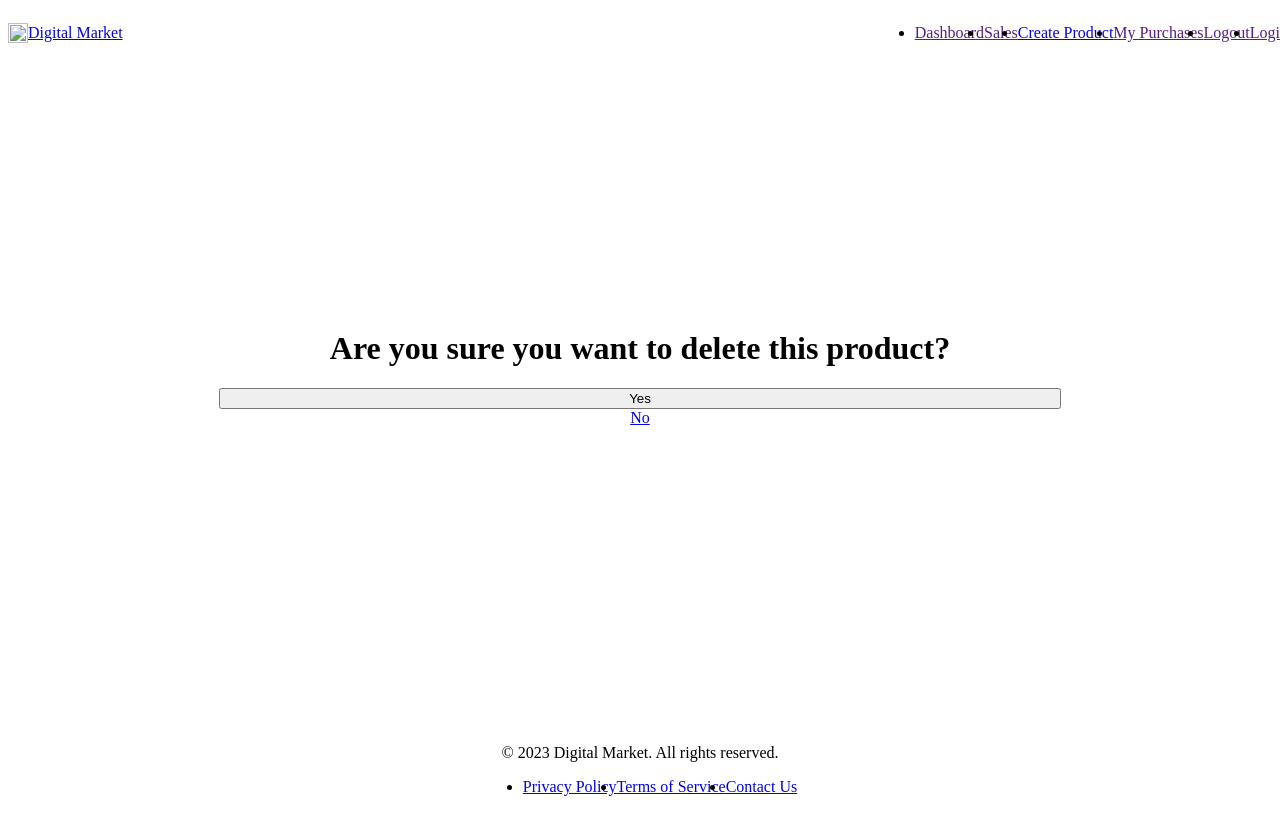
Repository: Zedestar/DigitalMarket_django
Page: http://localhost/delete_product/5/
These files come from the project's save history. The page is drawn as it stood at one moment and after the next save; the edit follows.
The browser window is 1280 px wide. The pictures show the whole page.
The page is served by the project's application, run on Django 5.2 (manage.py). Other server files are loaded and not shown. Style sheets and scripts are compiled from the project's sources, by tool versions that may differ from the author's. The page reads the database file committed with the project.

Above is the page before, as saved 2025-03-28 11:09:54.

### myapp/templates/myapp/delete_product.html
{% extends 'base.html' %}
{% block body %}
    <div class="flex items-center justify-center min-h-screen bg-gray-100">
        <form method="POST"
              class="bg-white p-6 rounded-lg shadow-lg w-full max-w-md">
            {% csrf_token %}
            <h1 class="text-center m-4 font-bold text-lg">Are you sure you want to delete this product?</h1>
            <!-- "Yes" Button -->
            <div class="w-full mb-4 flex items-center justify-center">
                <button type="submit"
                        class="w-2/3 bg-red-500 text-white py-2 rounded hover:bg-red-600 transition">Yes</button>
            </div>
            <!-- "No" Button (Back) -->
            <div class="w-full flex items-center justify-center">
                <a href="{% url 'index_view' %}"
                   class="w-1/3 bg-gray-500 text-white py-2 rounded hover:bg-gray-600 transition text-center">No</a>
            </div>
        </form>
    </div>
{% endblock body %}

### templates/base.html
{% load static %}
<!DOCTYPE html>
<html lang="en">
    <head>
        <meta charset="UTF-8">
        <meta name="viewport" content="width=device-width, initial-scale=1.0">
        <meta name="keywords">
        <meta name="description">
        <title>Document</title>
        <link rel="stylesheet" href="{% static 'tailwind/styles.css' %}">
    </head>
    <body class="bg-gray-200 flex flex-col min-h-screen">
        {% include 'partials/navbar.html' %}
        {% if messages %}
            <div id="successModal"
                 class="fixed inset-0 flex items-center justify-center bg-gray-900 bg-opacity-50">
                <div class="bg-white rounded-lg p-6 w-96 shadow-lg">
                    <h2 class="text-lg font-bold text-green-600">Success</h2>
                    <p class="mt-2 text-gray-600">
                        {% for message in messages %}{{ message }}{% endfor %}
                    </p>
                    <button onclick="closeModal()"
                            class="mt-4 bg-green-500 text-white px-4 py-2 rounded hover:bg-green-600">OK</button>
                </div>
            </div>
            <script>
    document.addEventListener("DOMContentLoaded", function () {
        var successModal = document.getElementById("successModal");
        if (successModal) {
            setTimeout(() => {
                successModal.style.display = "none";
            }, 3000); // Auto-hide after 3 seconds
        }
    });

    function closeModal() {
        document.getElementById("successModal").style.display = "none";
    }
            </script>
        {% endif %}
        <main class="flex-1 mt-10">
            {% block body %}
            {% endblock body %}
        </main>
        {% include 'partials/footer.html' %}
    </body>
</html>

### templates/partials/navbar.html
<nav class="fixed top-0 w-full z-10">
    <div class="flex justify-between shadow-lg py-2 text-sm font-medium">
        <a href="{% url 'index_view' %}"
           class="flex items-center justify-center ml-6">
            <img src="" alt="" height="20px" width="20px">
            <span class="mx-2 text-green-600 text-24">Digital Market</span>
        </a>
        <ul class="mr-6 flex">
            <li class="mx-4">
                <a href="">Dashboard</a>
            </li>
            <li class="mx-4">
                <a href="">Sales</a>
            </li>
            <li class="mx-4">
                <a href="{% url 'create_product' %}">Create Product</a>
            </li>
            <li class="mx-4">
                <a href="">My Purchases</a>
            </li>
            <li class="mx-4">
                <a href="">Logout</a>
            </li>
            <li class="mx-4">
                <a href="">Login</a>
            </li>
        </ul>
    </div>
</nav>

### templates/partials/footer.html
<footer class="bg-gray-200 text-black py-1 shadow-lg bottom-0 w-full">
    <div class="container mx-auto text-center">
        <p>&copy; 2023 Digital Market. All rights reserved.</p>
        <ul class="flex justify-center">
            <li class="mx-4">
                <a href="#" class="hover:underline">Privacy Policy</a>
            </li>
            <li class="mx-4">
                <a href="#" class="hover:underline">Terms of Service</a>
            </li>
            <li class="mx-4">
                <a href="#" class="hover:underline">Contact Us</a>
            </li>
        </ul>
    </div>
</footer>

### myapp/models.py
from django.db import models
from django.conf import settings

# Create your models here.


class Category(models.Model):
    name = models.CharField(max_length=100, null=False, blank=False)
    description = models.TextField(null=True, blank=True)

    def __str__(self):
        return self.name



class Product(models.Model):
    name = models.CharField(max_length=100, null=False, blank=False)
    description = models.TextField()
    price = models.FloatField(null=False, blank=False)
    category = models.ForeignKey(Category, blank=False, null=True, on_delete=models.SET_NULL)
    photo = models.ImageField(upload_to='product-photos')
    created_at = models.DateTimeField(auto_now_add=True)
    updated_at = models.DateTimeField(auto_now=True)

    def __str__(self):
        return self.name


class Order(models.Model):
    user = models.ForeignKey(settings.AUTH_USER_MODEL, related_name="orders", on_delete=models.PROTECT)
    created_at = models.DateTimeField(auto_now_add=True)
    updated_at = models.DateTimeField(auto_now=True)
    total_amount = models.FloatField(default=0)
    status = models.CharField(max_length=100, choices=[
        ('Pending', 'Pending'),
        ('Completed', 'Completed'),
        ('Cancelled', 'Cancelled'),
        ], default='Pending')

    def __str__(self):
        return f"{ self.user.username} - {self.total_amount}"



class OrderItem(models.Model):
    order = models.ForeignKey(Order, related_name="items", on_delete=models.CASCADE)
    product = models.ForeignKey(Product, on_delete=models.PROTECT)
    quantity = models.IntegerField(default=1)
    color = models.CharField(max_length=100, choices=[
        ('Red', 'Red'),
        ('Blue', 'Blue'),
        ('Green', 'Green'),
        ('Brown', 'Brown'),

    ],  default='Red')



    def __str__(self):
        return f"Delivery {self.order.user} - {self.status}"

### myapp/views.py
from django.shortcuts import render, redirect
from django.contrib import messages
from .models import Product
from .forms import ProductForm

# Create your views here.


def index(request):
    products = Product.objects.all()
    context = {
        'products' : products
    }
    return render(request, 'myapp/index.html', context=context)


def product_details(request, pk):
    product = Product.objects.get(pk=pk)
    context = {
        'product' : product
    }
    return render(request, 'myapp/product_details.html', context=context)


def create_product(request):
    if request.method == "POST":
        form = ProductForm(request.POST, request.FILES)
        if form.is_valid():
            form.save()
            messages.success(request, "Product created successfully")
            return redirect("index_view")
    else:
        form = ProductForm()
    context = {
        "form" : form,
    }
    return render(request, 'myapp/create_product.html', context=context)


def edit_product(request, pk):
    product_to_edit = Product.objects.get(pk=pk)
    if request.method == "POST":
        form = ProductForm(request.POST, request.FILES, instance=product_to_edit)
        if form.is_valid():
            form.save()
            messages.success(request, "Product updated successfully")
            return redirect("index_view")
        else:
            messages.error(request, f"{form.errors}")
    else:
        form = ProductForm(instance=product_to_edit)
    context = {
        "form":form
    }
    return render(request, 'myapp/edit_product.html', context=context)


def delete_product(request, pk):
    product_to_delete = Product.objects.get(pk=pk)
    if request.method == "POST":
        messages.success(request, f"{product_to_delete.name} deleted successfully")
        product_to_delete.delete()
        return redirect("index_view")
    return render(request, 'myapp/delete_product.html', context={})

### DigitalMarket/urls.py
"""
URL configuration for DigitalMarket project.

The `urlpatterns` list routes URLs to views. For more information please see:
    https://docs.djangoproject.com/en/5.1/topics/http/urls/
Examples:
Function views
    1. Add an import:  from my_app import views
    2. Add a URL to urlpatterns:  path('', views.home, name='home')
Class-based views
    1. Add an import:  from other_app.views import Home
    2. Add a URL to urlpatterns:  path('', Home.as_view(), name='home')
Including another URLconf
    1. Import the include() function: from django.urls import include, path
    2. Add a URL to urlpatterns:  path('blog/', include('blog.urls'))
"""
from django.contrib import admin
from django.urls import path, include
from django.conf import settings
from django.conf.urls.static import static

urlpatterns = [
    path('admin/', admin.site.urls),
    path('', include('myapp.urls')),
]

urlpatterns += static(settings.MEDIA_URL, document_root=settings.MEDIA_ROOT)

### myapp/urls.py
from .  import views
from django.urls import path

urlpatterns = [
    path('', views.index, name='index_view'),
    path('product_details/<str:pk>/', views.product_details, name='product_details'),
    path('create_product', views.create_product, name='create_product'),
    path('edit_product/<str:pk>/', views.edit_product, name='edit_product'),
    path('delete_product/<str:pk>/', views.delete_product, name='delete_product'),
]

### db.sqlite3 (the tables this page reads, as SQL)
CREATE TABLE "myapp_product" ("id" integer NOT NULL PRIMARY KEY AUTOINCREMENT, "name" varchar(100) NOT NULL, "description" text NOT NULL, "price" real NOT NULL, "created_at" datetime NOT NULL, "updated_at" datetime NOT NULL, "photo" varchar(100) NOT NULL, "category_id" bigint NULL REFERENCES "myapp_category" ("id") DEFERRABLE INITIALLY DEFERRED);
INSERT INTO "myapp_product" VALUES
(5, 'watch', 'This is german watch', 90.0, '2025-03-19 15:09:57.364696', '2025-03-19 15:09:57.364696', 'product-photos/wallpaper_T6tvKyB.jpg', NULL),
(6, 'bicycle', 'THis is electric bucycle', 80.0, '2025-03-19 15:11:28.591059', '2025-03-19 15:11:28.591059', 'product-photos/wallpaper_3pVK7fH.jpg', NULL),
(7, 'Guitar', 'This is electric guiatar made with steal', 400.0, '2025-03-19 15:36:16.491002', '2025-03-19 15:36:16.496000', 'product-photos/zedddy.jpg', NULL),
(8, 'books', 'Made in China', 2.0, '2025-03-19 17:16:41.118921', '2025-03-19 17:16:41.118921', 'product-photos/tempFileForShare_20250207-083344.jpg', NULL),
(9, 'Silver Crest', 'Heavy duty', 30.0, '2025-03-19 17:18:02.422139', '2025-03-19 17:18:02.422139', 'product-photos/african_men.jpg', NULL),
(11, 'Car', 'Best self car', 20000.0, '2025-03-28 05:17:11.976292', '2025-03-28 05:17:11.976292', 'product-photos/Carrr.png', 1),
(12, 'Rolex watch', 'Water proof watch', 100.0, '2025-03-28 05:26:45.633340', '2025-03-28 05:26:45.633340', 'product-photos/watch.jpg', 2),
(13, 'Watch', 'This is the form resulted after edited', 11.0, '2025-03-28 05:38:41.486585', '2025-03-28 07:27:57.234266', 'product-photos/watch_FlOU8Bs.jpg', 2);

Loaded but not shown: static/tailwind/tailwindClasses.css (common file)

After the next save:
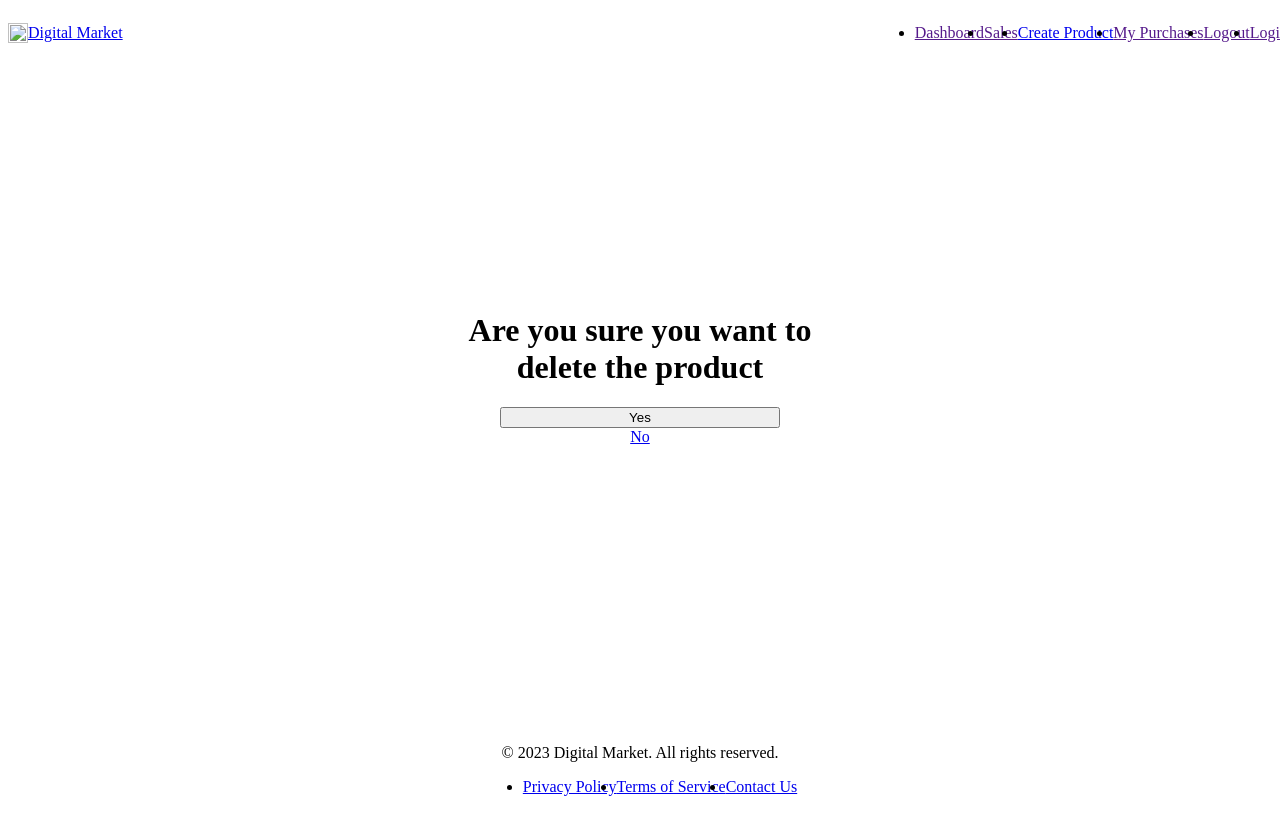
Saved 67 s later.
--- a/myapp/templates/myapp/delete_product.html
+++ b/myapp/templates/myapp/delete_product.html
@@ -1,19 +1,17 @@
 {% extends 'base.html' %}
 {% block body %}
-    <div class="flex items-center justify-center min-h-screen bg-gray-100">
+    <div class="shadow-lg flex items-center justify-center min-h-screen w-full">
         <form method="POST"
-              class="bg-white p-6 rounded-lg shadow-lg w-full max-w-md">
+              class="w-1/3 my-16 mx-auto bg-white p-6 rounded-lg shadow-lg">
             {% csrf_token %}
-            <h1 class="text-center m-4 font-bold text-lg">Are you sure you want to delete this product?</h1>
-            <!-- "Yes" Button -->
+            <h1 class="text-center m-4 font-bold text-lg">Are you sure you want to delete the product</h1>
             <div class="w-full mb-4 flex items-center justify-center">
                 <button type="submit"
-                        class="w-2/3 bg-red-500 text-white py-2 rounded hover:bg-red-600 transition">Yes</button>
+                        class="w-2/3 bg-green-200 text-white py-2 rounded hover:bg-green-600 transition">Yes</button>
             </div>
-            <!-- "No" Button (Back) -->
-            <div class="w-full flex items-center justify-center">
+            <div class="w-full mb-4 flex items-center justify-center">
                 <a href="{% url 'index_view' %}"
-                   class="w-1/3 bg-gray-500 text-white py-2 rounded hover:bg-gray-600 transition text-center">No</a>
+                   class="w-1/3 bg-green-500 text-white py-2 rounded hover:bg-green-600 transition text-center">No</a>
             </div>
         </form>
     </div>
